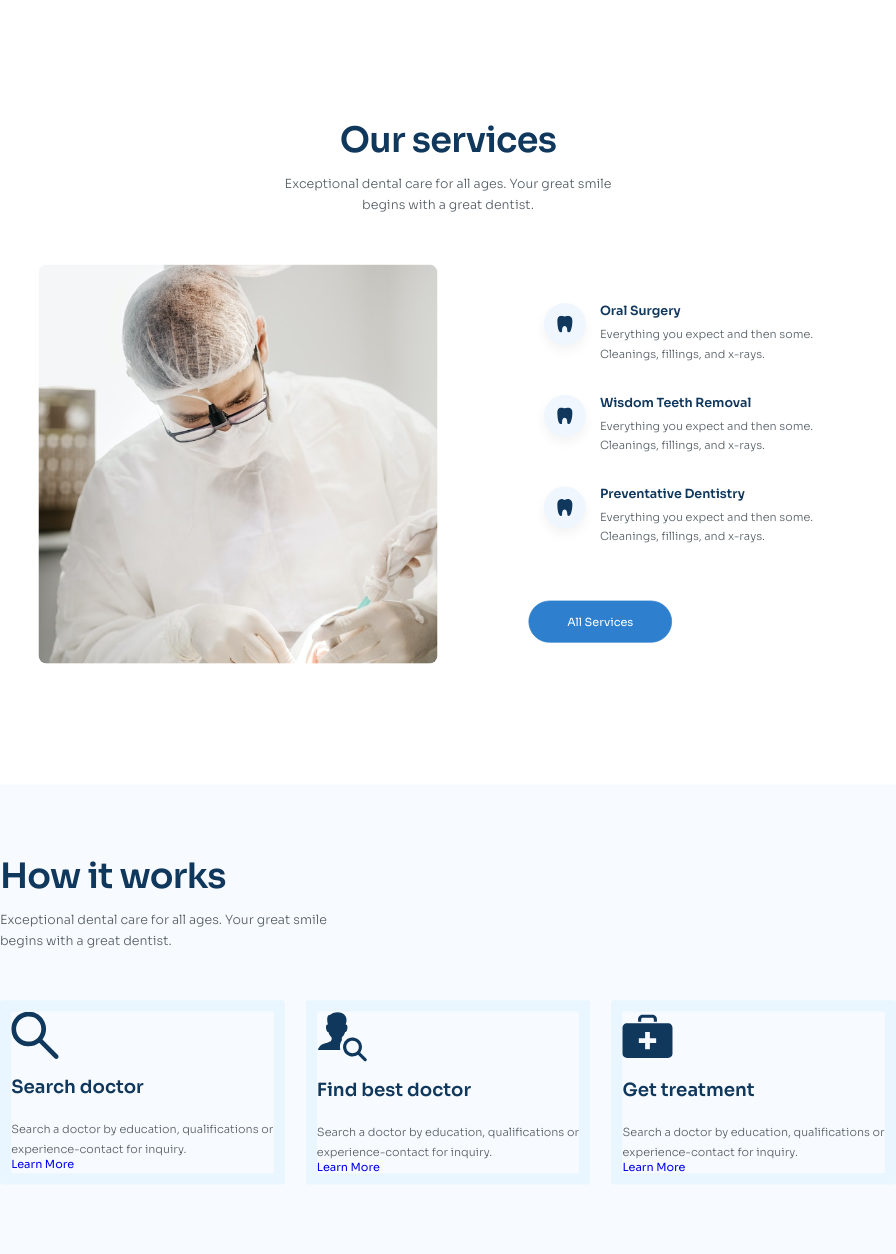
Repository: anhtien111198/f8-htmlcss-03
Page: index.html
An editor plug-in stored every save of this project. The page is shown before and after the next save, followed by the edit.
The browser window is 1280 px wide. The pictures show the part of the page from y = 720 to 2640 px (the page is 2512 px tall before and 2640 px after), at 70% of full size.

Above is the page before, as saved 2023-05-13 14:32:43.

After the next save:
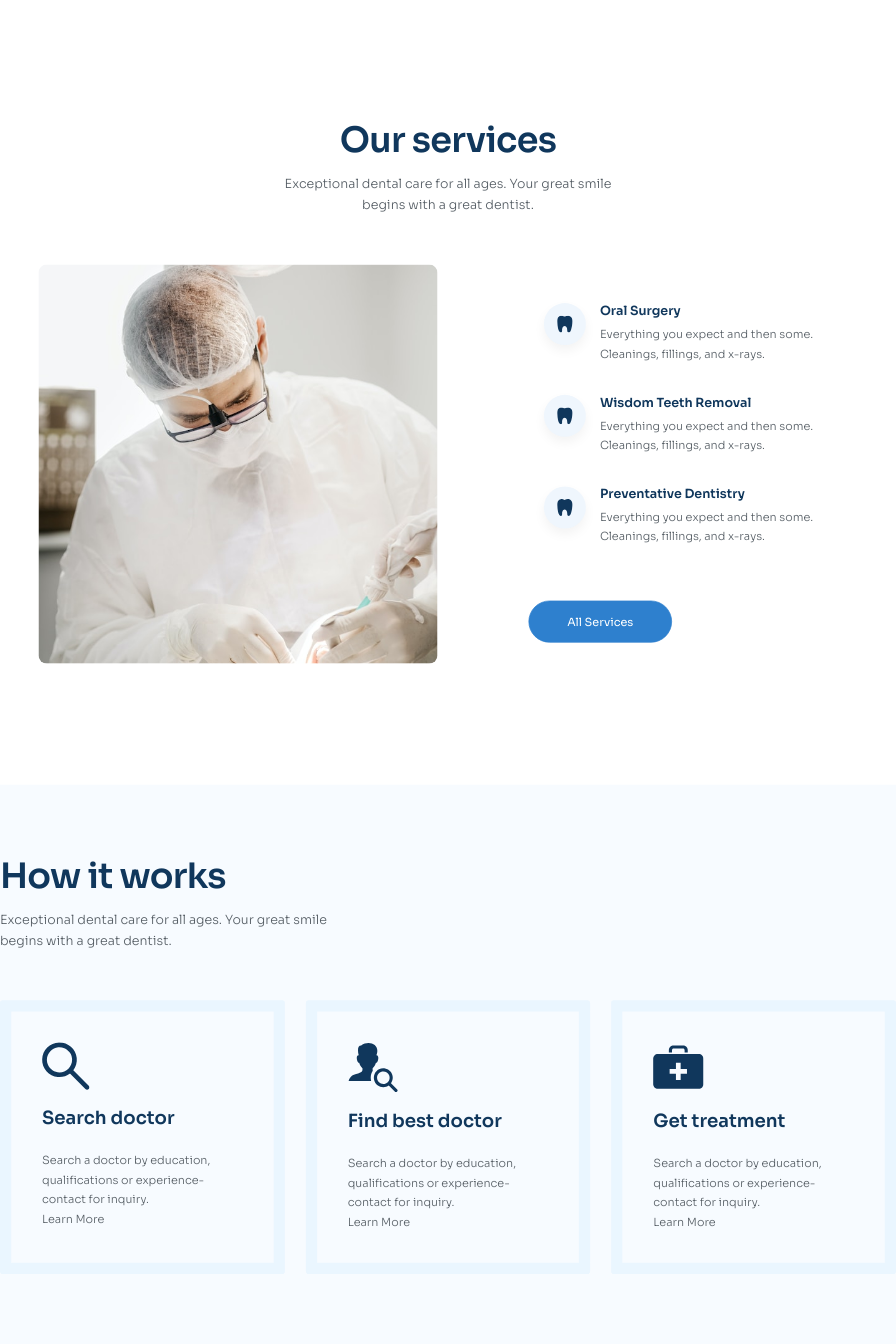
Saved 98 s later.
--- a/assets/css/style.css
+++ b/assets/css/style.css
@@ -288,6 +288,7 @@ a {
     margin-top: 70px;
 }
 .work-item {
+    padding: 44px;
     border: 16px solid #eaf6ff;
     border-radius: 4px;
 }
@@ -305,3 +306,10 @@ a {
     line-height: 1.75;
     color: #575f66;
 }
+.work__more {
+    margin-top: 18px;
+    font-weight: 300;
+    font-size: 1.6rem;
+    line-height: 1.75;
+    color: #575f66;
+}
